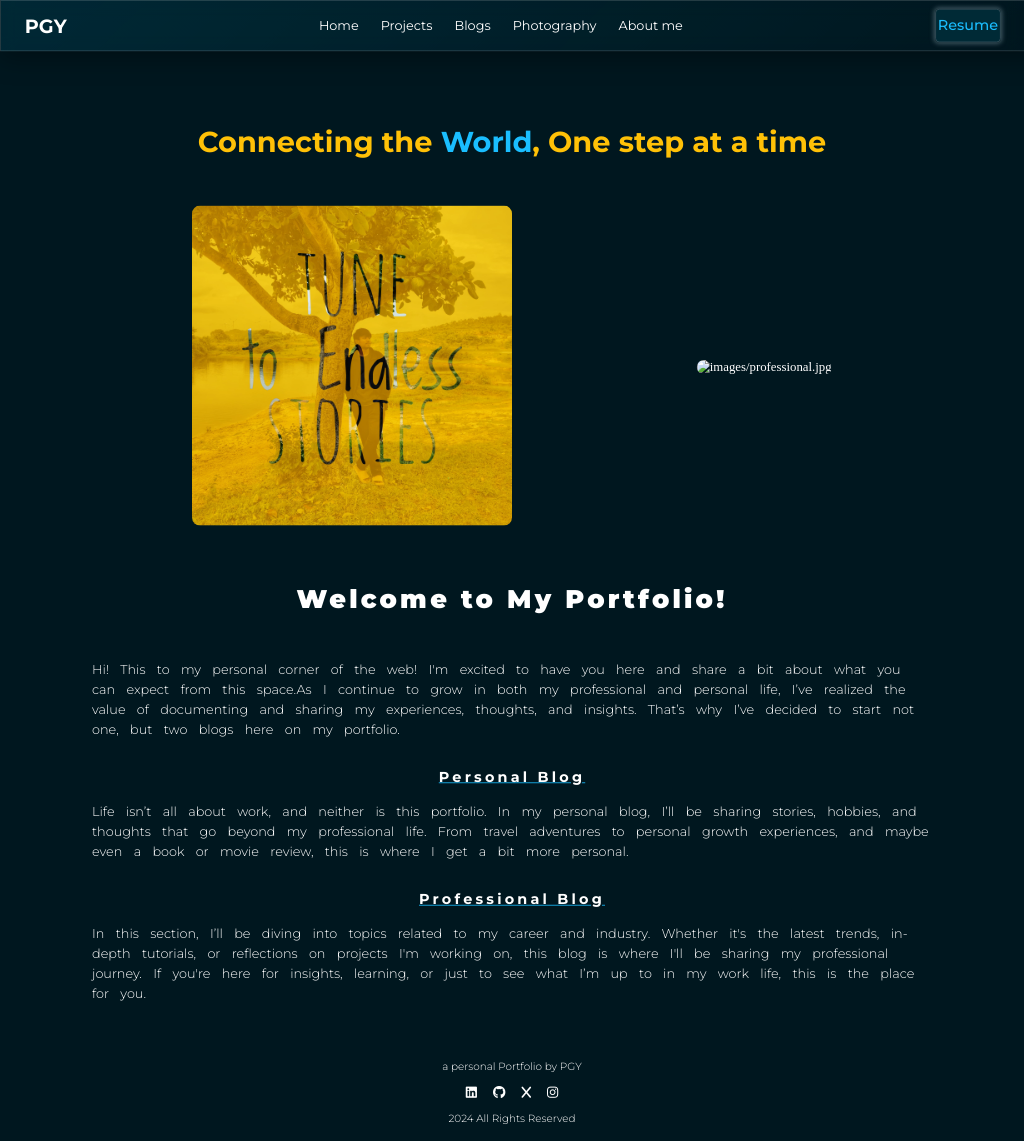
Repository: pgyunknown/pgyunknown
Page: blog.html
An editor plug-in stored every save of this project. The page is shown before and after the next save, followed by the edit.
The browser window is 1280 px wide. The pictures show the whole page, at 80% of full size.
Some web libraries are served in a nearby version.

Above is the page before, as saved 2024-08-15 18:34:35.

### blog.html
<!DOCTYPE html>
<html lang="en">
<head>
    <meta charset="UTF-8">
    <meta name="viewport" content="width=device-width, initial-scale=1.0">
    <title>Porfolio-Blog</title>
    <link rel="stylesheet" href="blog.css">
    <link rel="preconnect" href="https://fonts.googleapis.com">
<link rel="preconnect" href="https://fonts.gstatic.com" crossorigin>
<link href="https://fonts.googleapis.com/css2?family=Libre+Baskerville:ital,wght@0,400;0,700;1,400&family=Montserrat:ital,wght@0,100..900;1,100..900&family=Titillium+Web:ital,wght@0,200;0,300;0,400;0,600;0,700;0,900;1,200;1,300;1,400;1,600;1,700&display=swap" rel="stylesheet">
<link rel="stylesheet" href="https://cdnjs.cloudflare.com/ajax/libs/font-awesome/6.6.0/css/all.min.css" integrity="sha512-Kc323vGBEqzTmouAECnVceyQqyqdsSiqLQISBL29aUW4U/M7pSPA/gEUZQqv1cwx4OnYxTxve5UMg5GT6L4JJg==" crossorigin="anonymous" referrerpolicy="no-referrer" />
</head>
<body>
    <header>
        <div class="pgy_con">
                <div class="pgy"><a href="#">PGY</a></div>
        </div>
        <nav>
                <div class="nav_bar">
                <a href="index.html" id="home">Home</a>
                <a href="#"id="projects">Projects</a>
                <a href="blog.html"id="blogs">Blogs</a>
                <a href="#"id="photo">Photography</a>
                <a href="#"id="About">About me</a>
                </div>
            </nav>
        <div class="resume_con">
                <button>Resume</button>
        </div>
    </header>
        <main>
            <div class="heading"><h1>Connecting the <span>World</span>, One step at a time</h1></div>
        <div class="contianer">
        <div ><img src="imgs/personal.jpg" alt=""></div>
        <div ><img src="" alt="images/professional.jpg"></div>
        </div>
        <div class="blog_intro">
        <article >
            <h1>Welcome to My Portfolio!</h1><br><br>
<p>Hi! This to my personal corner of the web! I'm excited to have you here and share a bit about what you can expect from this space.As I continue to grow in both my professional and personal life, I’ve realized the value of documenting and sharing my experiences, thoughts, and insights. That’s why I’ve decided to start not one, but two blogs here on my portfolio.</p><br><br>


<h3><b><a href="personal_blog">Personal Blog</a></b> </h3>
<p>Life isn’t all about work, and neither is this portfolio. In my personal blog, I’ll be sharing stories, hobbies, and thoughts that go beyond my professional life. From travel adventures to personal growth experiences, and maybe even a book or movie review, this is where I get a bit more personal.</p><br><br>

<h3><b><a href="professional_blog">Professional Blog</b></a></h3>
<p>In this section, I’ll be diving into topics related to my career and industry. Whether it's the latest trends, in-depth tutorials, or reflections on projects I'm working on, this blog is where I'll be sharing my professional journey. If you're here for insights, learning, or just to see what I’m up to in my work life, this is the place for you.</p>
        </article>
    </div>
    </main>
        <footer>
            <div class="footer_port">a personal Portfolio by PGY</div>
            <div class="footer_icons">
            <a href="https://www.linkedin.com/in/p-gokul-yadav-82548a295?utm_source=share&utm_campaign=share_via&utm_content=profile&utm_medium=android_app" alt="Gokul's linkedin profile" target="_blank"><i class="fa-brands fa-linkedin"></i></a>
            <a href="https://github.com/pgyunknown" alt="Gokul Github profile" target="_blank"><i class="fa-brands fa-github"></i></a>
            <a href="#"><i class="fa-brands fa-x" target="_blank"></i></a>
            <a href="#"><i class="fa-brands fa-instagram" target="_blank"></i></a>
        </div>
        <div class="copyrights">2024 All Rights Reserved</div>
    </footer>

</body>
</html>

### blog.css
*{margin: 0px;
    padding: 0px;
}
body{
    background-color: #00171F;
    color: white;
    box-sizing: border-box;


}
a{
    text-decoration: none;
    color: inherit;
}

header{
    display: flex;
    justify-content: space-between;
    align-items: center;
    padding: 10px;
    /* Glassy effect */
    background: linear-gradient(135deg, rgba(0, 200, 255, 0.1), rgba(255, 255, 255, 0));
    backdrop-filter: blur(10px);
    -webkit-backdrop-filter: blur(10px);
    border:1px solid rgba(255, 255, 255, 0.18);
    box-shadow: 0 8px 32px 0 rgba(0, 0, 0, 0.37);

    overflow: hidden;
    position: fixed; /* Set the navbar to fixed position */
    top: 0; /* Position the navbar at the top of the page */
    width: 100%;
}

.pgy_con
{
    margin-left: 20px;
    font-family: "Montserrat", sans-serif;
    font-optical-sizing: auto;
    font-size: x-large;
    font-weight: 700;
    font-style: normal;
    align-items: end;

}

.pgy_con .pgy a{
    text-decoration: none;
}
.nav_bar {
        /* height: 50px; */
    width: 500px;
    display: flex;
    justify-content: space-evenly;

    transition-property: all;
    transition-timing-function: ease-in-out;
    transition-delay: 1s;


}

.nav_bar a{
    box-sizing: border-box;
    font-family: "Montserrat", sans-serif;
    font-optical-sizing: auto;
    font-weight: 400;
    font-style: normal
    text-decoration: none;
    justify-content: space-around;
    align-items: center;
    padding: 5px ;
}

.nav_bar a:hover{
    color: #FFC107;
    text-shadow: #FFC107 0px 0px  1px;
    border-bottom: 0.5px solid #FFC107;


}


.resume_con {
    display: flex;
    justify-content: center;
    margin-right: 20px;
    background-color: #00171F;
    margin-right: 40px;
}
.resume_con button{
    background-color:rgba(0, 200, 255, 0.1);
    box-sizing: content-box;
    height: 40px;
    width: 80px;
    font-family: "Montserrat", sans-serif;
    font-optical-sizing: auto;
    font-size: large;
    font-weight: 500;
    font-style: normal;
    color: #1ABEFF;
    border: 0.0001px solid #3c555f;
    border-radius: 5px;
    box-shadow: 0px 0px 5px 2px #3c555f;

}
main{
    display: flex;
    flex-direction: column;
    justify-content:space-around;
    align-items: center;
    padding: 70px;
    margin: 55px;
}
.heading{
    display: flex;
    margin: 30px;
    padding-bottom: 20px;
    font-family: "Montserrat", sans-serif;
    font-optical-sizing: auto;
    font-size: large;
    font-weight: 500;
    font-style: normal;
    color: #FFC107;
}

main .heading span{
    color: #1ABEFF;
}
.contianer{
    height: 400px;
    width:100%;
    padding: 10px;

    display: flex;
    justify-content: space-around;
    align-items: center;
    flex-direction: row;

}
.contianer img{
    height: 400px;
    width: 400px;
    border-radius:10px;
    /* border: 1px solid #2792bd; */
    /* box-shadow: 0px 0px 35px 1px #2792bd; */


}
main article{
    padding-top:20px;
}

.blog_intro{
    padding: 40px;
    width: 1050px;
    height: 450px;
}

.blog_intro h1{
    letter-spacing: 4px;
    text-align: center;
    font-family: "Montserrat", sans-serif;
    font-optical-sizing: auto;
    font-size: xx-large;
    font-weight: 900;
    font-style: normal;
}
.blog_intro h3{
    text-align: center;
    font-family: "Montserrat", sans-serif;
    font-optical-sizing: auto;
    font-size: large;
    font-weight: 500;
    font-style: normal;
    letter-spacing: 4px;
  text-decoration: underline;
  text-decoration-color: #1ABEFF;
}
.blog_intro p{
    padding-top: 20px;
    font-family: "Montserrat", sans-serif;
    font-optical-sizing: auto;
    font-optical-sizing: ;
    font-size: medium;
    font-weight: 300;
    font-style: normal;

    word-spacing: 10px;
    line-height: 25px;
}



footer{
    display: flex;
    flex-direction:column;
    justify-content: space-evenly;
    align-items: center;
    margin-bottom: 20px;
    font-family: "Montserrat", sans-serif;
    font-optical-sizing: auto;
    font-size: small;
    font-weight: 300;
    font-style: normal;
}

.footer_icons{
    display: flex;
    justify-content: center;
    align-items: center;
    width: 50px;
    height: 50px;
}



.copyrights{
    display: flex;
    justify-content: center;
    align-items: center;
}

.footer_icons a{
font-size: medium;
padding: 10px;
width: 50px;
height: 50px;
display: flex;
justify-content: center;
align-items: center;
}

*{margin: 0px;
    padding: 0px;
}
body{
    background-color: #00171F;
    color: white;
    box-sizing: border-box;


}
a{
    text-decoration: none;
    color: inherit;
}

header{
    display: flex;
    justify-content: space-between;
    align-items: center;
    padding: 10px;
    /* Glassy effect */
    background: linear-gradient(135deg, rgba(0, 200, 255, 0.1), rgba(255, 255, 255, 0));
    backdrop-filter: blur(10px);
    -webkit-backdrop-filter: blur(10px);
    border:1px solid rgba(255, 255, 255, 0.18);
    box-shadow: 0 8px 32px 0 rgba(0, 0, 0, 0.37);

    overflow: hidden;
    position: fixed; /* Set the navbar to fixed position */
    top: 0; /* Position the navbar at the top of the page */
    width: 100%;
}

.pgy_con
{
    margin-left: 20px;
    font-family: "Montserrat", sans-serif;
    font-optical-sizing: auto;
    font-size: x-large;
    font-weight: 700;
    font-style: normal;
    align-items: end;

}

.pgy_con .pgy a{
    text-decoration: none;
}
.nav_bar {
        /* height: 50px; */
    width: 500px;
    display: flex;
    justify-content: space-evenly;

    transition-property: all;
    transition-timing-function: ease-in-out;
    transition-delay: 1s;


}

.nav_bar a{
    box-sizing: border-box;
    font-family: "Montserrat", sans-serif;
    font-optical-sizing: auto;
    font-weight: 400;
    font-style: normal
    text-decoration: none;
    justify-content: space-around;
    align-items: center;
    padding: 5px ;
}

.nav_bar a:hover{
    color: #FFC107;
    text-shadow: #FFC107 0px 0px  1px;
    border-bottom: 0.5px solid #FFC107;


}


.resume_con {
    display: flex;
    justify-content: center;
    margin-right: 20px;
    background-color: #00171F;
    margin-right: 40px;
}
.resume_con button{
    background-color:rgba(0, 200, 255, 0.1);
    box-sizing: content-box;
    height: 40px;
    width: 80px;
    font-family: "Montserrat", sans-serif;
    font-optical-sizing: auto;
    font-size: large;
    font-weight: 500;
    font-style: normal;
    color: #1ABEFF;
    border: 0.0001px solid #3c555f;
    border-radius: 5px;
    box-shadow: 0px 0px 5px 2px #3c555f;

}
main{
    display: flex;
    flex-direction: column;
    justify-content:space-around;
    align-items: center;
    padding: 70px;
    margin: 55px;
}
.heading{
    display: flex;
    margin: 30px;
    padding-bottom: 20px;
    font-family: "Montserrat", sans-serif;
    font-optical-sizing: auto;
    font-size: large;
    font-weight: 500;
    font-style: normal;
    color: #FFC107;
}

main .heading span{
    color: #1ABEFF;
}
.contianer{
    height: 400px;
    width:100%;
    padding: 10px;

    display: flex;
    justify-content: space-around;
    align-items: center;
    flex-direction: row;

}
.contianer img{
    height: 400px;
    width: 400px;
    border-radius:10px;
    /* border: 1px solid #2792bd; */
    /* box-shadow: 0px 0px 35px 1px #2792bd; */


}
main article{
    padding-top:20px;
}

.blog_intro{
    padding: 40px;
    width: 1050px;
    height: 450px;
}

.blog_intro h1{
    letter-spacing: 4px;
    text-align: center;
    font-family: "Montserrat", sans-serif;
    font-optical-sizing: auto;
    font-size: xx-large;
    font-weight: 900;
    font-style: normal;
}
.blog_intro h3{
    text-align: center;
    font-family: "Montserrat", sans-serif;
    font-optical-sizing: auto;
    font-size: large;
    font-weight: 500;
    font-style: normal;
    letter-spacing: 4px;
  text-decoration: underline;
  text-decoration-color: #1ABEFF;
}
.blog_intro p{
    padding-top: 20px;
    font-family: "Montserrat", sans-serif;
    font-optical-sizing: auto;
    font-optical-sizing: ;
    font-size: medium;
    font-weight: 300;
    font-style: normal;

    word-spacing: 10px;
    line-height: 25px;
}



footer{
    display: flex;
    flex-direction:column;
    justify-content: space-evenly;
    align-items: center;
    margin-bottom: 20px;
    font-family: "Montserrat", sans-serif;
    font-optical-sizing: auto;
    font-size: small;
    font-weight: 300;
    font-style: normal;
}

.footer_icons{
    display: flex;
    justify-content: center;
    align-items: center;
    width: 50px;
    height: 50px;
}



.copyrights{
    display: flex;
    justify-content: center;
    align-items: center;
}

.footer_icons a{
font-size: medium;
padding: 10px;
width: 50px;
height: 50px;
display: flex;
justify-content: center;
align-items: center;
}

After the next save:
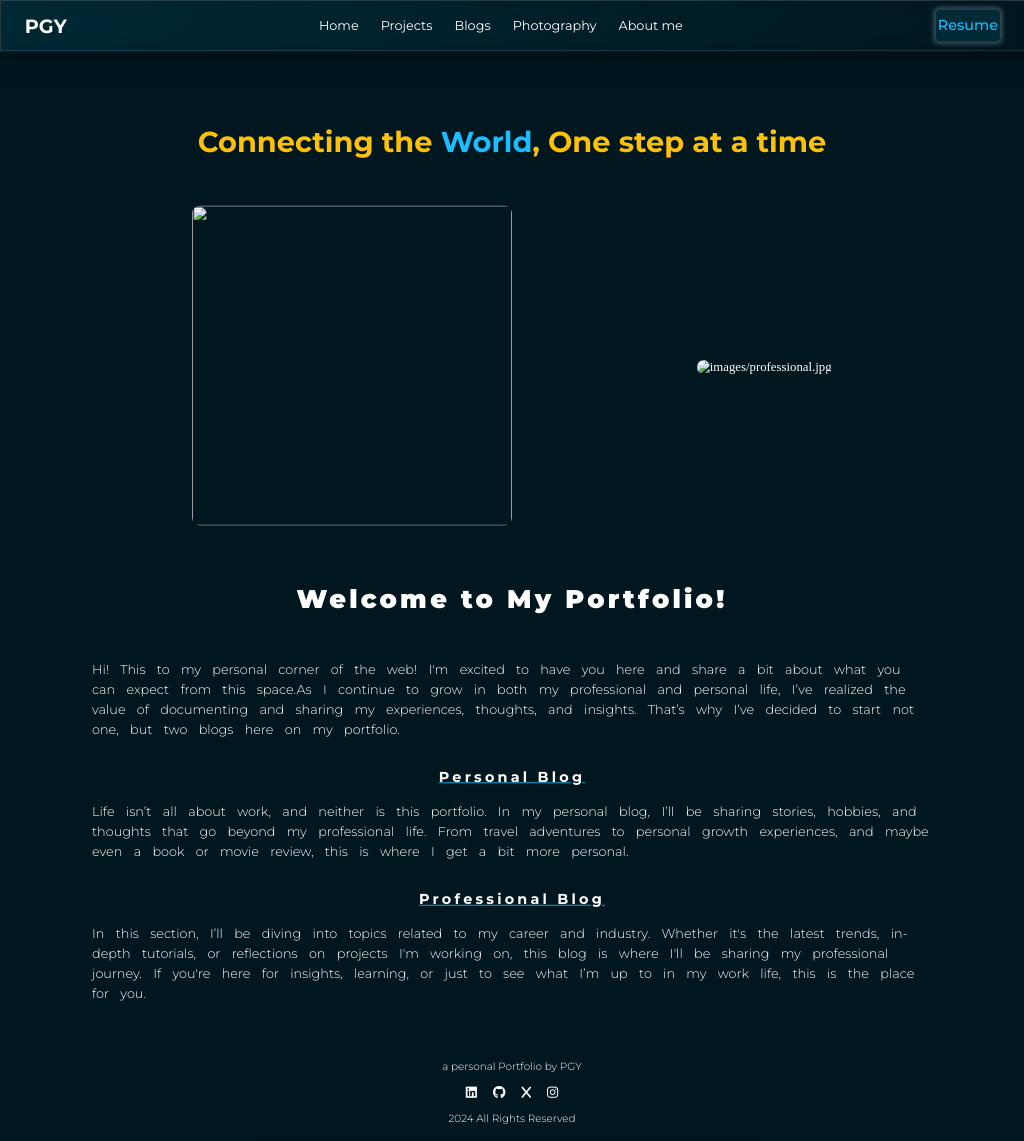
Not found: images/personal.jpg
Saved 39 s later.
--- a/blog.html
+++ b/blog.html
@@ -31,7 +31,7 @@
         <main>
             <div class="heading"><h1>Connecting the <span>World</span>, One step at a time</h1></div>
         <div class="contianer">
-        <div ><img src="imgs/personal.jpg" alt=""></div>
+        <div ><img src="images/personal.jpg" alt=""></div>
         <div ><img src="" alt="images/professional.jpg"></div>
         </div>
         <div class="blog_intro">

After the 4 saves that followed:
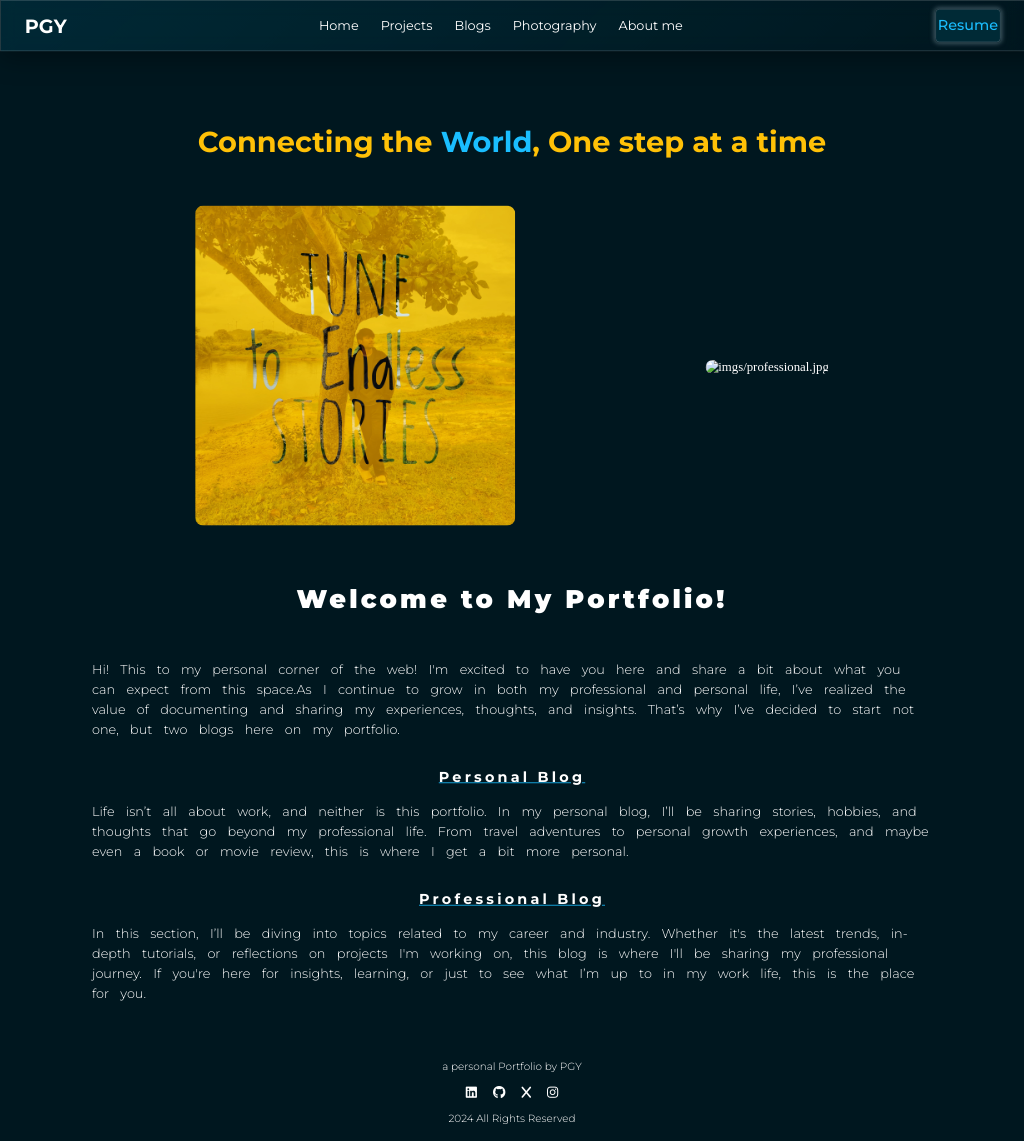
The 4 saves are shown as one change because 2 left the picture as it was and some came seconds apart.
The last was saved 79 s later.
--- a/blog.html
+++ b/blog.html
@@ -31,8 +31,8 @@
         <main>
             <div class="heading"><h1>Connecting the <span>World</span>, One step at a time</h1></div>
         <div class="contianer">
-        <div ><img src="images/personal.jpg" alt=""></div>
-        <div ><img src="" alt="images/professional.jpg"></div>
+        <div ><img src="imgs/personal.jpg" alt=""></div>
+        <div ><img src="" alt="imgs/professional.jpg"></div>
         </div>
         <div class="blog_intro">
         <article >
